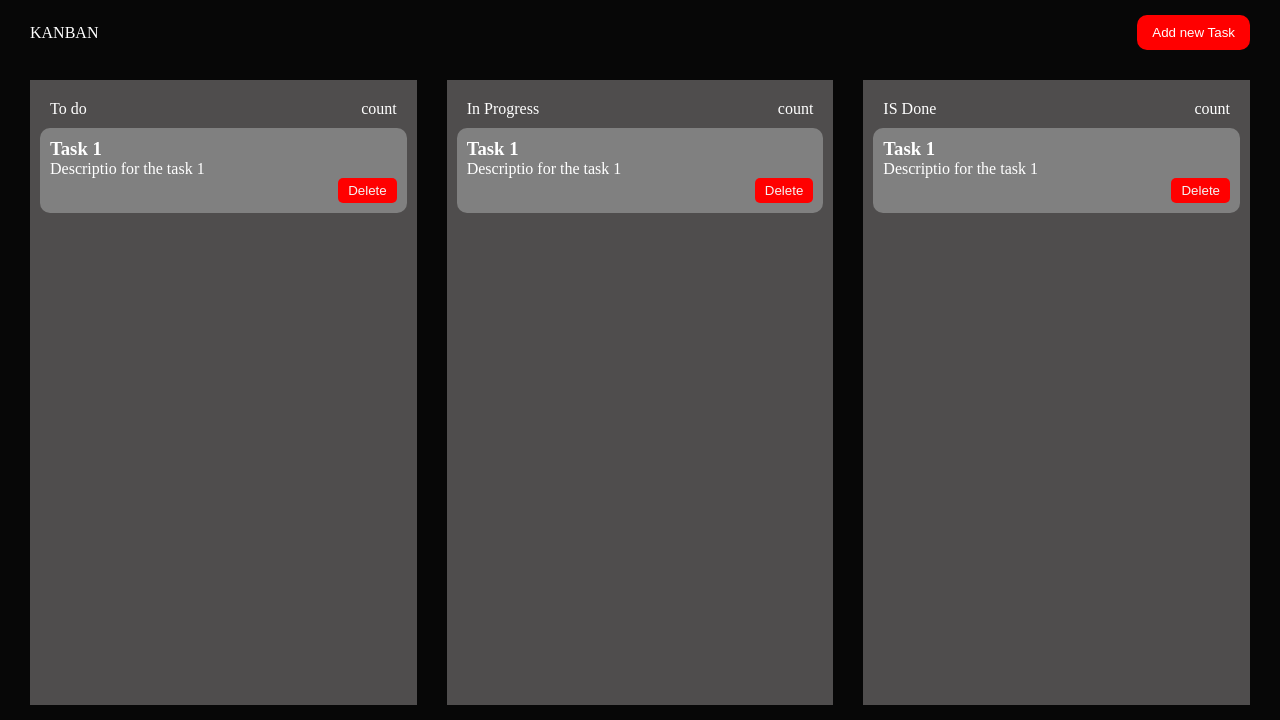
Repository: Sandeepji-5/Kanban-board
Page: index.html
These files come from the project's save history. The page is drawn as it stood at one moment and after the next save; the edit follows.
The browser window is 1280 px wide. The pictures show the whole page.
The pointer rests on the first visible `section .task-column`.

Above is the page before, as saved 2025-12-09 11:27:09.

### index.html
<!DOCTYPE html>
<html lang="en">
<head>
    <meta charset="UTF-8">
    <meta name="viewport" content="width=device-width, initial-scale=1.0">
    <title>Document</title>
    <link rel="stylesheet" href="style.css">
</head>
<body>
    <main>
        <nav>
            <div class="left">KANBAN</div>
            <div class="right"><button>Add new Task</button></div>
        </nav>
        <section class="board">
            <div class="task-column">
                <div class="heading">
                    <div class="left">To do </div>
                    <div class="right">count</div>
                </div>
                <div class="task">
                    <h3>Task 1</h3>
                    <p>Descriptio for the task 1 </p>
                    <button>Delete</button>
                </div>
            </div>
            <div class="task-column">
                <div class="heading">
                    <div class="left">In Progress</div>
                    <div class="right">count</div>
                </div>
                   <div class="task">
                    <h3>Task 1</h3>
                    <p>Descriptio for the task 1 </p>
                    <button>Delete</button>
                </div>
            </div>
            <div class="task-column">
                <div class="heading">
                    <div class="left">IS Done </div>
                    <div class="right"> count</div>
                </div>
                   <div class="task">
                    <h3>Task 1</h3>
                    <p>Descriptio for the task 1 </p>
                    <button>Delete</button>
                </div>
            </div>
        </section>


    </main>
    <script src="kanban.js"></script>
</body>
</html>

### style.css
* {
    margin: 0;
    padding: 0;

    box-sizing: border-box;
}

html,
body {
    width: 100%;
    height: 100%;

}

:root {
    --bg-color: #0000000;
    --bg-button-color: rgb(79, 77, 77);
    --primary-text-color: #f4f4f4;
    --bg-task-color:gray;
    --bg-delete-color:red;



    /* padding 1 rem 2 rem */
    --nav-padding: 15px 30px;
    --section-padding: 15px 30px;
    --padding-s: 5px;
    --padding-m: 10px;
    --padding-l: 15px;
    --padding-xl: 20px;
    --padding-xxl: 30px;


    /* border radius variable  */



    --border-radius-s:5px;
    --border-radius-m:10px;
    --border-radius-l:15px;
    --border-radius-xl:20px;
    --border-radius-xxl:30px;


}

body {
    background-color: rgb(7, 7, 7);
    color: white;
}
main{
    display: flex;
    height: 100%;
    width: 100%;
    flex-direction: column;


}

nav{
    padding: var(--nav-padding);
    display: flex;
    align-items: center;
    justify-content: space-between;

}
nav button{
    background-color: red;
    color: white;
    border: none;
    outline: none;
    padding: var(  --padding-m) var(  --padding-l);
    cursor: pointer;
    border-radius:var(--border-radius-m) ;

}


section{
    padding:var(--section-padding);
    /* height: 100%; */
    display: flex;
    flex-grow: 1;
    justify-content: space-between;

    gap: var(--padding-xxl);

}
section .task-column{
    padding: var(--padding-m);
    background-color: var(--bg-button-color);
    flex-grow: 1  ;
    padding: var(--padding-m)  ;
    display: flex;
    flex-direction: column;
    transition: all 0.7s cubic-bezier(0.19, 1, 0.22, 1);




}
section .task-column:hover-over {
     border: 2px dashed rgb(247, 246, 246);
    transform: scale(1.05);
}
section .task-column .heading{
    display: flex;
    justify-content: space-between ;
    padding: var(--padding-m);
}


section .task-column  .task{

    display: flex;
    flex-direction: column;
    padding: var(--padding-m);
    border-radius: var(--border-radius-m);
    background-color: var(--bg-task-color);


}

section .task-column .task button{
    align-self: flex-end;
    cursor: pointer;
    padding: var(--padding-s) var(--padding-m);
    border-radius: var(--border-radius-s);
    border: none;
    outline: none;
    background-color: var(--bg-delete-color);
    color: var(--primary-text-color)  ;
}

Loaded but not shown: kanban.js (no copy from this time; the picture is the same without it)

After the next save:
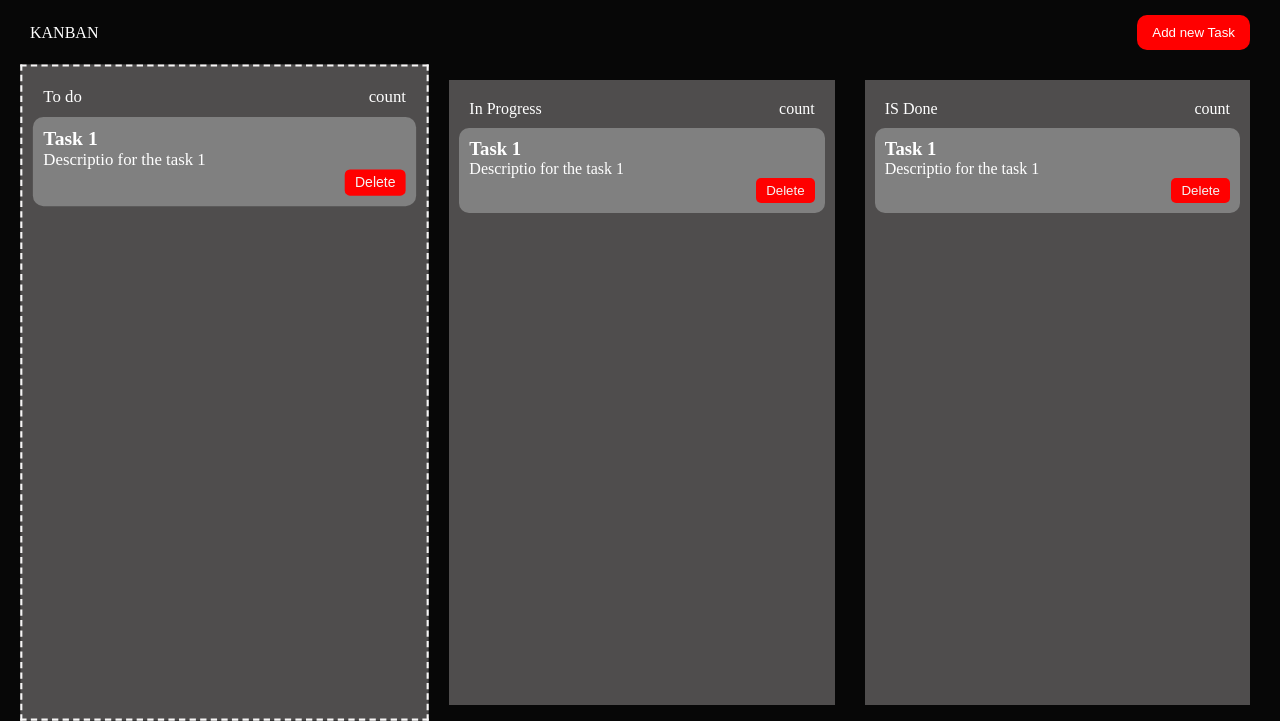
Saved 10 s later.
--- a/style.css
+++ b/style.css
@@ -99,7 +99,7 @@ section .task-column{
 
 
 }
-section .task-column:hover-over {
+section .task-column:hover {
      border: 2px dashed rgb(247, 246, 246);
     transform: scale(1.05);
 }
